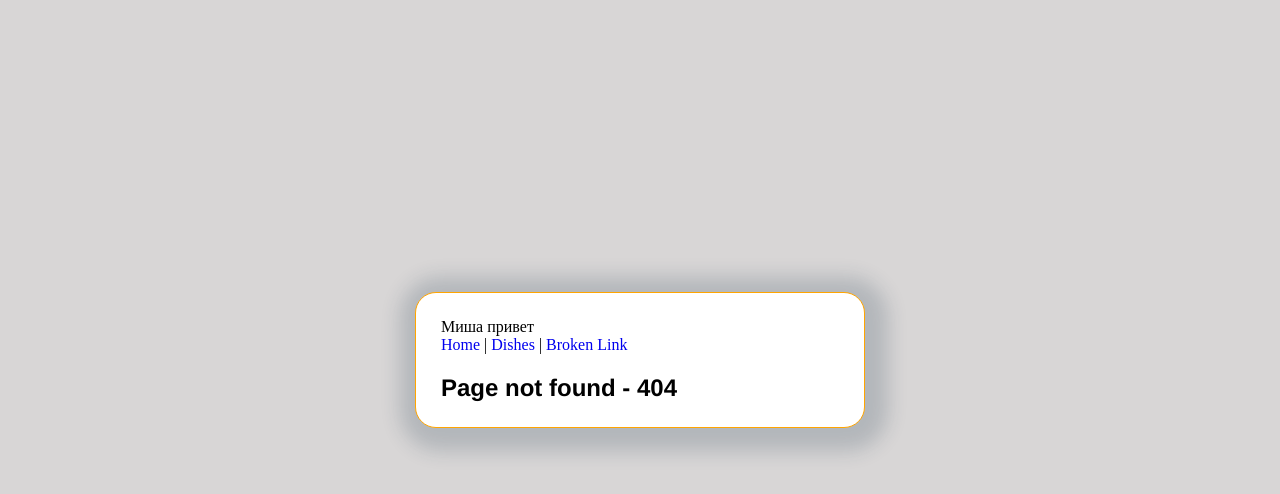
Repository: ZenLone/culinary-website
Page: / (app in frontend/)
The author's editor kept a copy of each file at every save. The page is drawn from the files as they stood at one save, then again after the next save.
The browser window is 1280 px wide. The pictures show the whole page.
The project was rebuilt for these pictures with package versions that can differ from the ones it lists, and the page was loaded fresh each time. Also part of the build but not shown: frontend/vite.config.js, frontend/src/components/Add_Dish.vue, frontend/src/components/Dishes.vue.

Above is the page before, as saved 2025-04-06 12:17:20.

After the next save:
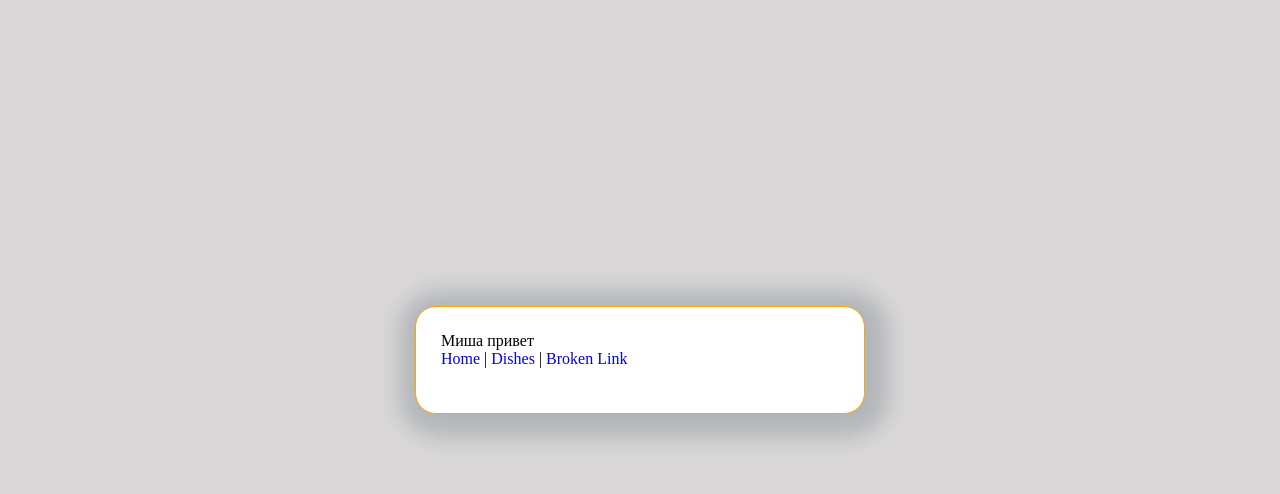
Saved 24 s later.
--- a/frontend/src/App.vue
+++ b/frontend/src/App.vue
@@ -3,7 +3,6 @@ import { ref, computed } from 'vue';
 import Header from './components/Header.vue';
 import AddDish from './components/Add_Dish.vue';
 import Dishes from './components/Dishes.vue';
-import NotFound from './components/NotFound.vue';
 
 // Определение маршрутов
 const routes = {
@@ -21,7 +20,7 @@ window.addEventListener('hashchange', () => {
 
 // Вычисляем текущий компонент на основе текущего пути
 const currentView = computed(() => {
-  return routes[currentPath.value.slice(1)] || NotFound;
+  return routes[currentPath.value.slice(1)]
 });
 </script>
 
